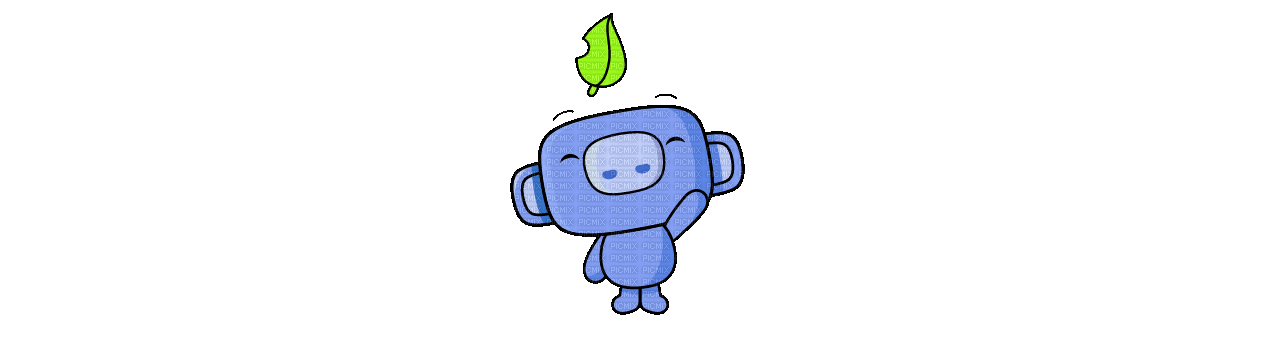
Repository: Deepak-Mane1902/simple-Calculator-using-JSP-Servlet
Page: http://localhost/webProject/
These files come from the project's save history. The page is drawn as it stood at one moment and after the next save; the edit follows.
The browser window is 1280 px wide. The pictures show the whole page.
The page is served by Tomcat 9.

Above is the page before, as saved 2024-12-15 06:33:02.

After the next save:
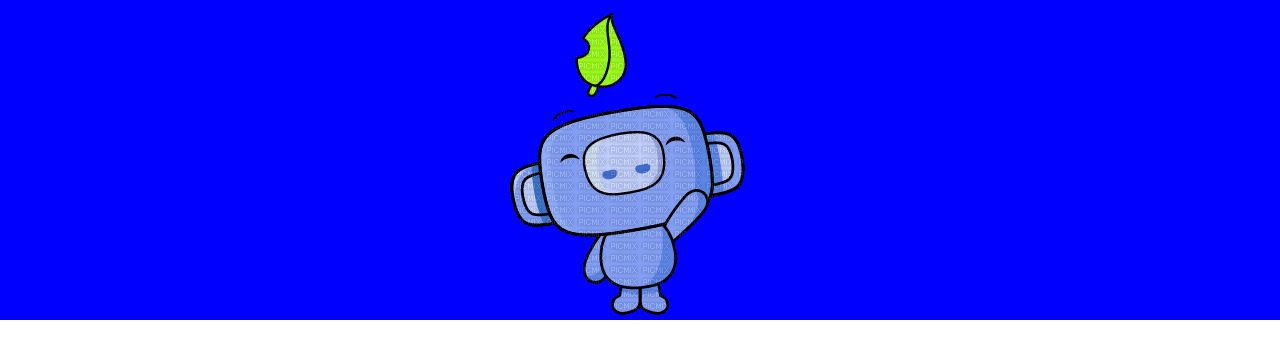
Saved 8 s later.
--- a/webProject/src/main/webapp/style.css
+++ b/webProject/src/main/webapp/style.css
@@ -11,7 +11,7 @@
 	display:flex;
 	align-item:center;
 	justify-content:center;
-	background-color:#blue;
+	background-color:blue;
 }
 img{
 	width:25%;

After the save that followed:
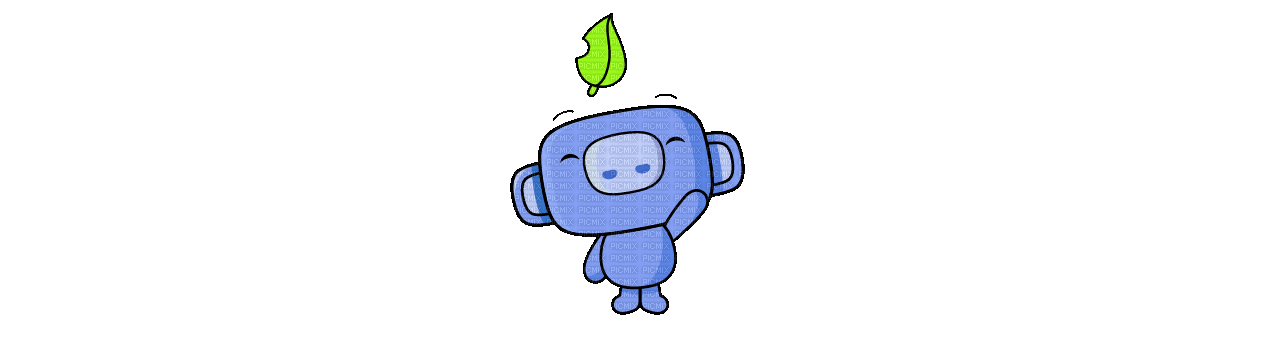
Saved 28 s later.
--- a/webProject/src/main/webapp/style.css
+++ b/webProject/src/main/webapp/style.css
@@ -11,7 +11,7 @@
 	display:flex;
 	align-item:center;
 	justify-content:center;
-	background-color:blue;
+	background:linear-gradiend(blue);
 }
 img{
 	width:25%;
